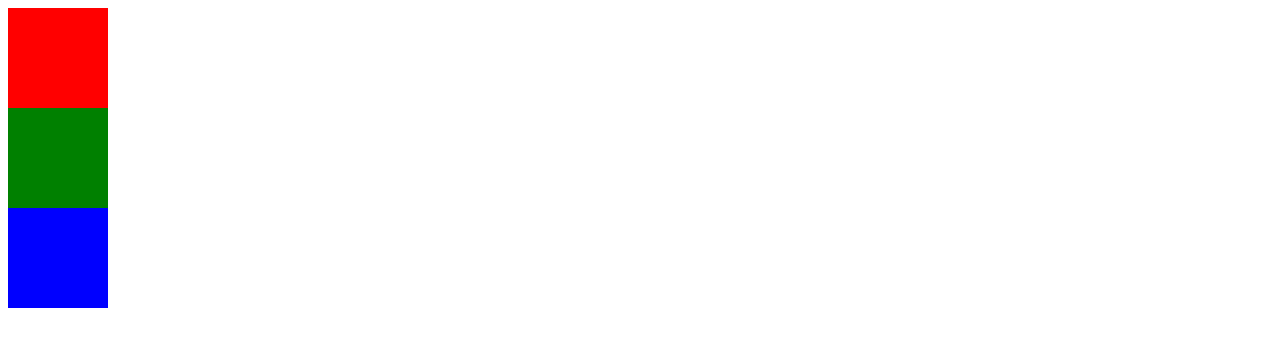
Repository: luna2222/web
Page: 01HTML5/WebContent/[11강]CSS3속성3/11_02_03.html
These files come from the project's save history. The page is drawn as it stood at one moment and after the next save; the edit follows.
The browser window is 1280 px wide. The pictures show the whole page.

Above is the page before, as saved 2019-02-20 07:17:54.

### 01HTML5/WebContent/[11강]CSS3속성3/11_02_03.html
<!DOCTYPE html>
<html>
<head>
<meta charset="UTF-8">
<title>Insert title here</title>
	<style >
		 div:nth-child(1) {
			width: 100px;
			height: 100px;
			background-color: red;
			position:static;
			top: 0;
			left: 0;
			}
		div:nth-child(2) {
		   width: 100px;
			height: 100px;
			background-color: green;
			position:static;
			top: 50px;
			left: 50px;
			}
			div:nth-child(3) {
		   width: 100px;
			height: 100px;
			background-color: blue;
			position:absolute;
			top: 100;
			left: 100;
			}
	</style>
</head>
<body>
		<div></div>
		<div></div>
		<div></div>
</body>
</html>

After the next save:
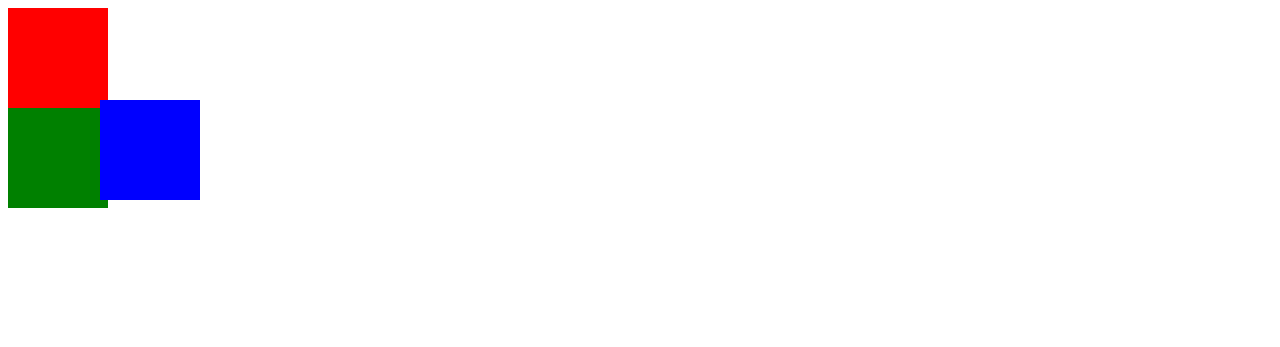
Saved 50 s later.
--- a/01HTML5/WebContent/[11강]CSS3속성3/11_02_03.html
+++ b/01HTML5/WebContent/[11강]CSS3속성3/11_02_03.html
@@ -25,8 +25,8 @@
 			height: 100px;
 			background-color: blue;
 			position:absolute;
-			top: 100;
-			left: 100;
+			top: 100px;
+			left: 100px;
 			}
 	</style>
 </head>
